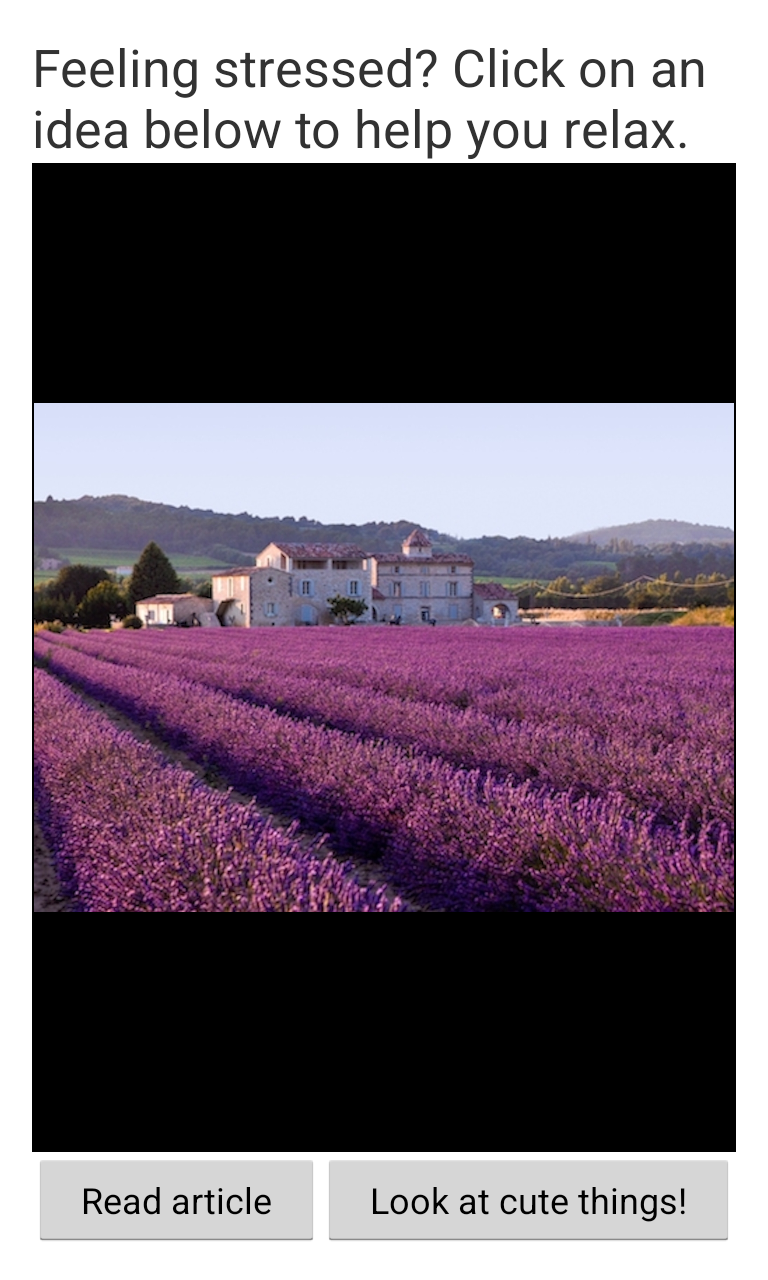
Repository: LSummers33/Apps101
Layout: Self-Care/res/layout/activity_main.xml
The author's editor kept a copy of each file at every save. The layout is drawn from the files as they stood at one save, then again after the next save.
It is drawn on a 768 x 1280 px phone screen (xhdpi) without system bars, with theme AppTheme; the app's code is not run.

Above is the layout before, as saved 2014-01-26 21:39:32.

### Self-Care/res/layout/activity_main.xml

<LinearLayout xmlns:android="http://schemas.android.com/apk/res/android"
    xmlns:tools="http://schemas.android.com/tools"
    android:layout_width="match_parent"
    android:layout_height="match_parent"
    android:paddingBottom="@dimen/activity_vertical_margin"
    android:paddingLeft="@dimen/activity_horizontal_margin"
    android:paddingRight="@dimen/activity_horizontal_margin"
    android:paddingTop="@dimen/activity_vertical_margin"
    android:orientation="vertical"
    tools:context=".MainActivity" >

    <TextView
        android:id="@+id/textView1"
        android:layout_width="wrap_content"
        android:layout_height="wrap_content"
        android:textSize="26sp"
        android:text="@string/hello_world" />

    <ImageView
        android:id="@+id/imageView1"
        android:layout_width="wrap_content"
        android:layout_height="0dp"
        android:layout_weight="1"
        android:background="#000000"
		android:padding="1dp"
        android:contentDescription="@string/image"
        android:src="@drawable/lavender_field" />


<LinearLayout
    	android:layout_width="match_parent"
    	android:layout_height="wrap_content"
    	android:orientation="horizontal">

    <Button
        android:id="@+id/button1"
        android:layout_width="wrap_content"
        android:layout_height="wrap_content"
        android:layout_weight="1"
        android:onClick="read_article"
        android:text="@string/button1" />

    <Button
        android:id="@+id/button2"
        android:layout_width="wrap_content"
        android:layout_height="wrap_content"
        android:layout_weight="1"
        android:onClick="cute_pics"
        android:text="@string/button2" />

</LinearLayout>

</LinearLayout>

### Self-Care/res/values/strings.xml
<?xml version="1.0" encoding="utf-8"?>
<resources>

    <string name="app_name">Self-Care</string>
    <string name="action_settings">Settings</string>
    <string name="hello_world">Feeling stressed? Click on an idea
        below to help you relax.</string>
    <string name="button1">Read article</string>
    <string name="button2">Look at cute things!</string>
    <string name="title_activity_music">MusicActivity</string>
    <string name="image">Smell the soothing scent of lavender while you
        relax and listen to the music.</string>

</resources>

Loaded but not shown: Self-Care/res/values/styles.xml (common file); Self-Care/res/values-v11/styles.xml (common file); Self-Care/res/values-v14/styles.xml (common file); Self-Care/res/values/dimens.xml (common file)

After the next save:
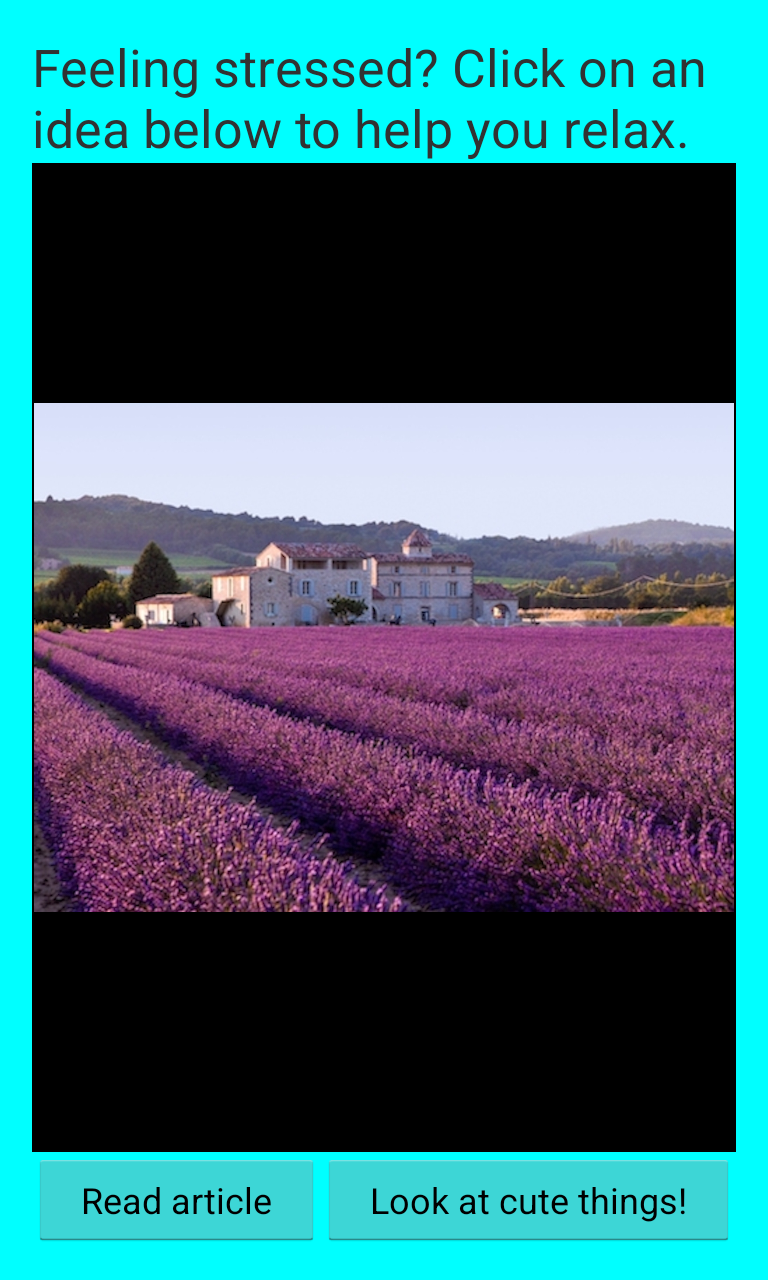
Saved 3 min 12 s later.
--- a/Self-Care/res/layout/activity_main.xml
+++ b/Self-Care/res/layout/activity_main.xml
@@ -8,6 +8,7 @@
     android:paddingRight="@dimen/activity_horizontal_margin"
     android:paddingTop="@dimen/activity_vertical_margin"
     android:orientation="vertical"
+    android:background="#00FFFF"
     tools:context=".MainActivity" >
 
     <TextView
